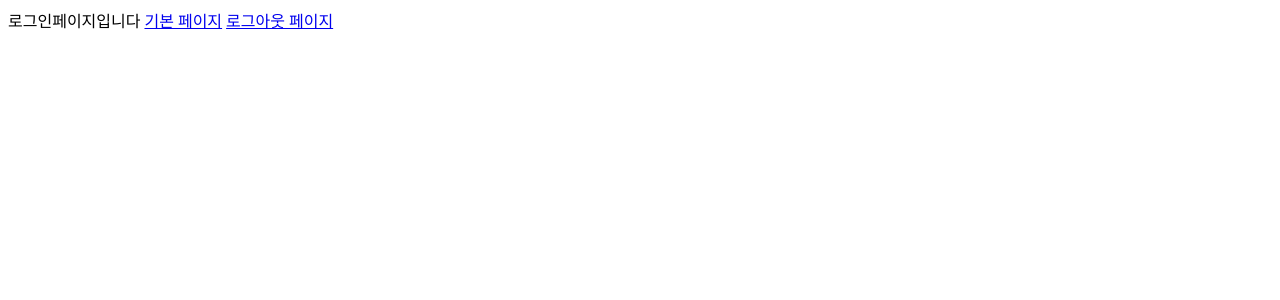
Repository: lhj1214/spring
Page: http://localhost/di/login
These files come from the project's save history. The page is drawn as it stood at one moment and after the next save; the edit follows.
The browser window is 1280 px wide. The pictures show the whole page.
The page is served by Tomcat 9. Other server files are loaded and not shown.

Above is the page before, as saved 2020-11-18 06:01:27.

### spring_workspace/di/src/main/webapp/WEB-INF/views/member/login.jsp
<%@ page language="java" contentType="text/html; charset=UTF-8"
    pageEncoding="UTF-8"%>
<!DOCTYPE html>
<html>
<head>
<meta charset="UTF-8">
<title>Insert title here</title>
</head>
<body>
	${ login }
	<a href="index">기본 페이지</a>
	<a href="logout">로그아웃 페이지</a>
</body>
</html>

After the next save:
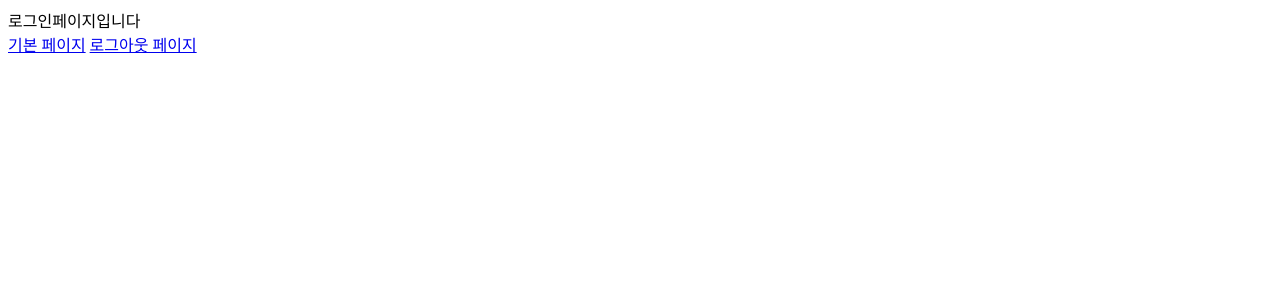
Saved 13 s later.
--- a/spring_workspace/di/src/main/webapp/WEB-INF/views/member/login.jsp
+++ b/spring_workspace/di/src/main/webapp/WEB-INF/views/member/login.jsp
@@ -7,7 +7,7 @@
 <title>Insert title here</title>
 </head>
 <body>
-	${ login }
+	${ login }<br>
 	<a href="index">기본 페이지</a>
 	<a href="logout">로그아웃 페이지</a>
 </body>
